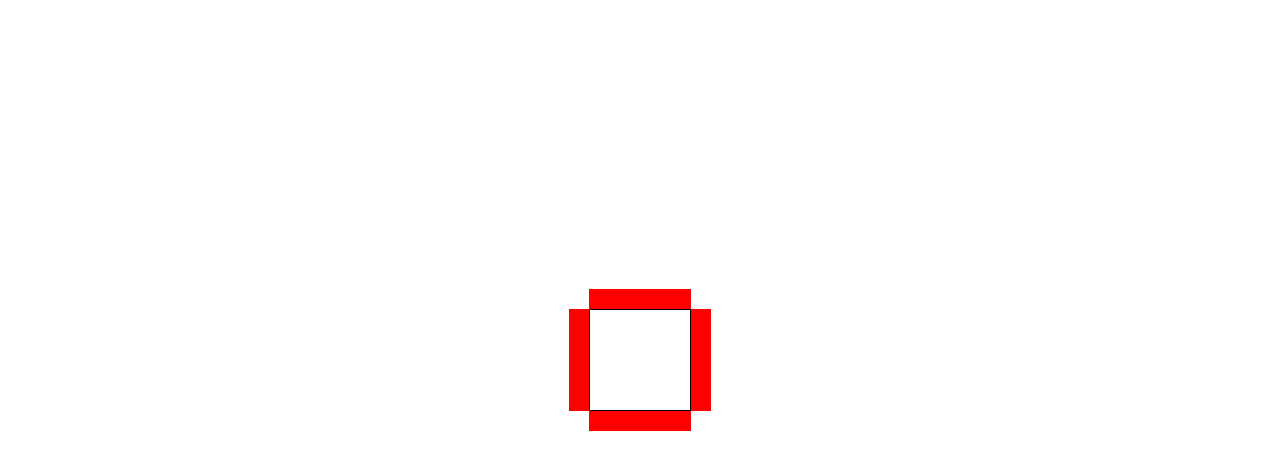
Repository: Jhin7782/HBuilder-Projects
Page: 【CSS】/高级属性/阴影/box-shadow.html
The author's editor kept a copy of each file at every save. The page is drawn from the files as they stood at one save, then again after the next save.
The browser window is 1280 px wide. The pictures show the whole page.

Above is the page before, as saved 2017-06-12 14:29:59.

After the next save:
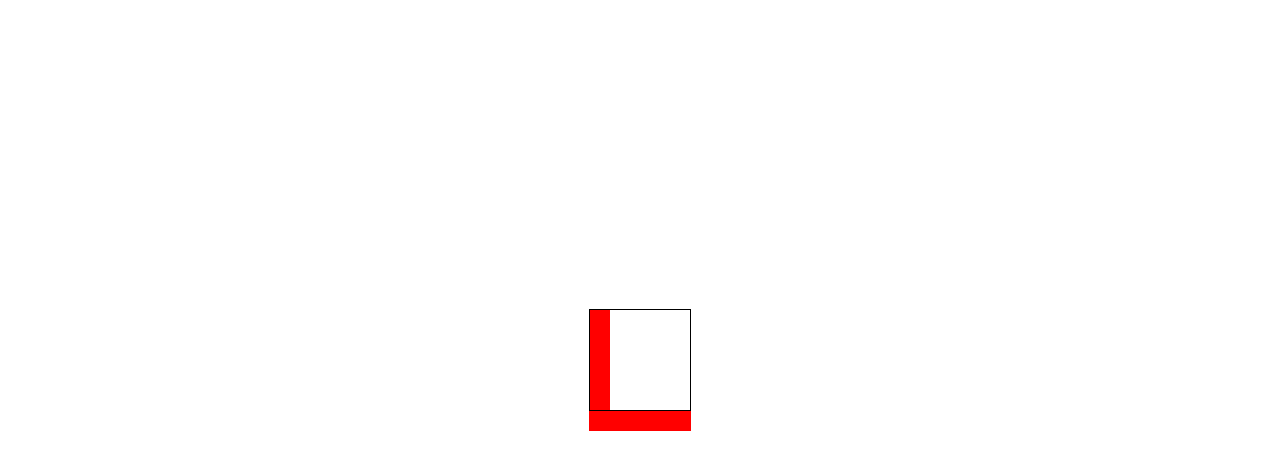
Saved 4 s later.
--- a/【CSS】/高级属性/阴影/box-shadow.html
+++ b/【CSS】/高级属性/阴影/box-shadow.html
@@ -16,7 +16,7 @@
 
 				/*→↓←↑*/
 				box-shadow: 20px 0px 0px 0px red, 0px 20px 0px 0px red, -20px 0px 0px 0px red, 0px -20px 0px 0px red;
-				box-shadow: 20px 0px 0px 0px red inset, 0px 20px 0px 0px red , ;
+				box-shadow: 20px 0px 0px 0px red inset, 0px 20px 0px 0px red  ;
 			}
 		</style>
 	</head>
